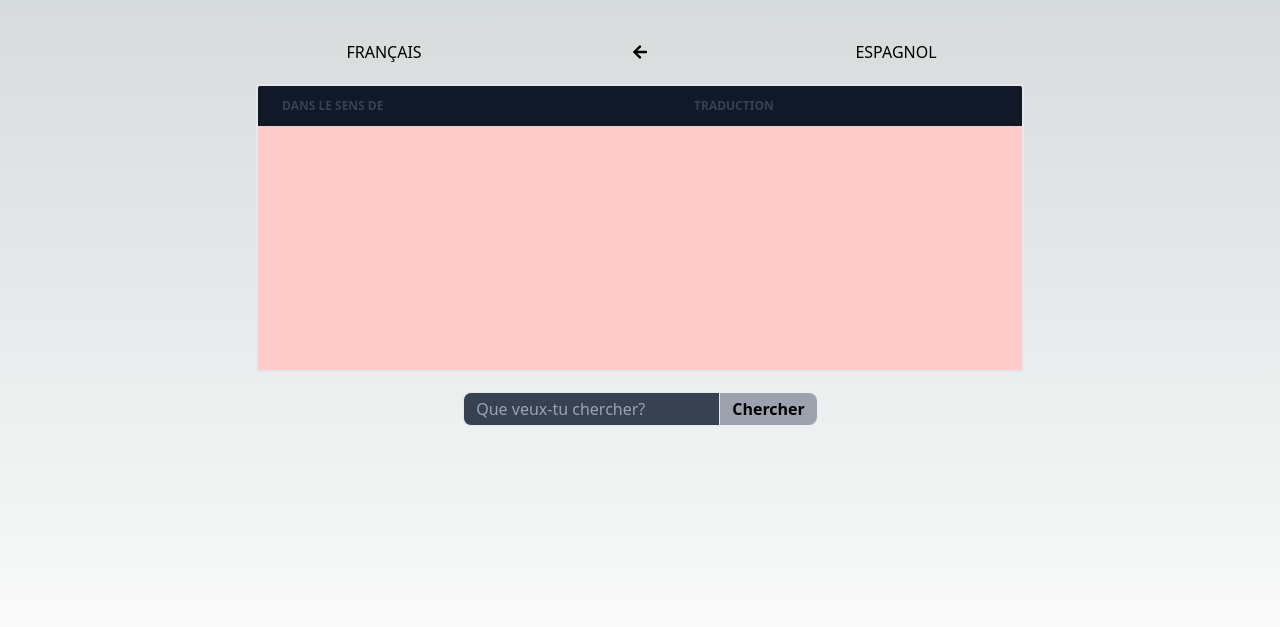
Repository: All-Khwarizmi/Dico
Page: /
An editor plug-in stored every save of this project. The page is shown before and after the next save, followed by the edit.
The browser window is 1280 px wide. The pictures show the whole page.
An inner scrolling area shows only its first screen. The project was rebuilt for these pictures with package versions that can differ from the ones it lists, and the page was loaded fresh each time. The framework's server and built-in components were replaced by stand-ins that run in the browser. Also part of the build but not shown: next.config.js, vite.config.ts.

Above is the page before, as saved 2023-02-17 18:27:27.

After the next save:
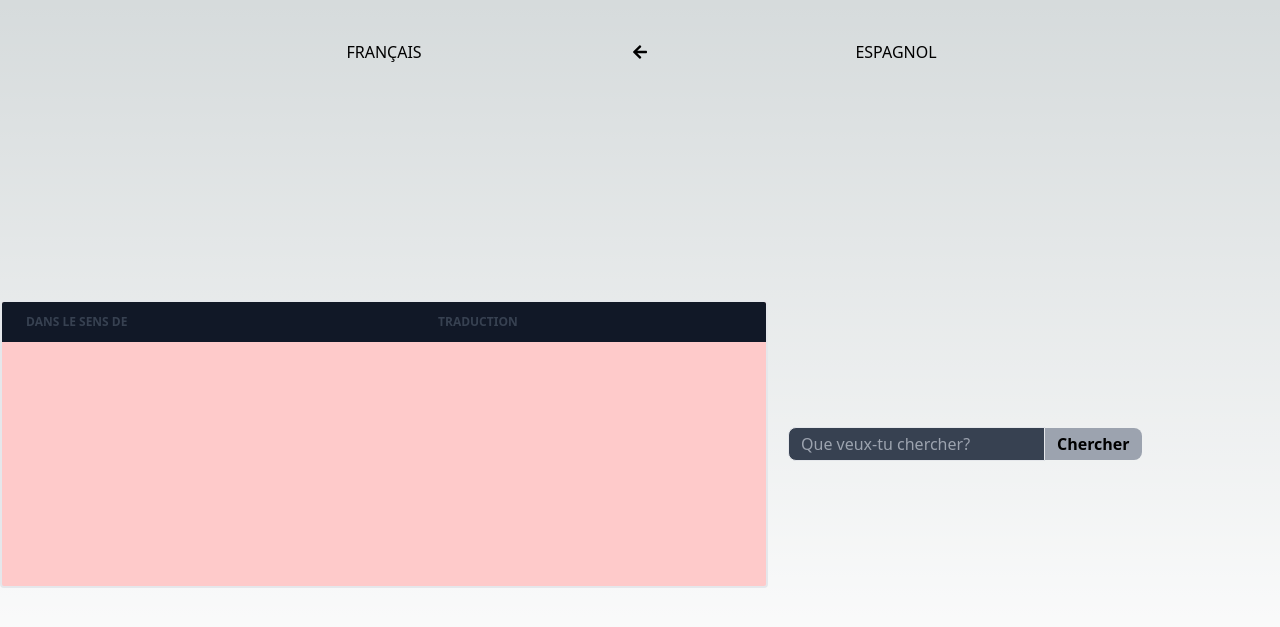
Saved 12 s later.
--- a/src/app/page.tsx
+++ b/src/app/page.tsx
@@ -107,7 +107,7 @@ export default function Home() {
           </div>
         )}
       </div>
-      <div className='flex h-[100%] flex-col items-center gap-5'>
+      <div className='flex h-[100%]  items-center gap-5'>
         <div className=' h-[40%] max-h-[40%] w-[60%] overflow-scroll rounded border-2 border-solid bg-red-200'>
           <div className='text-black '>
             <div className=''>
